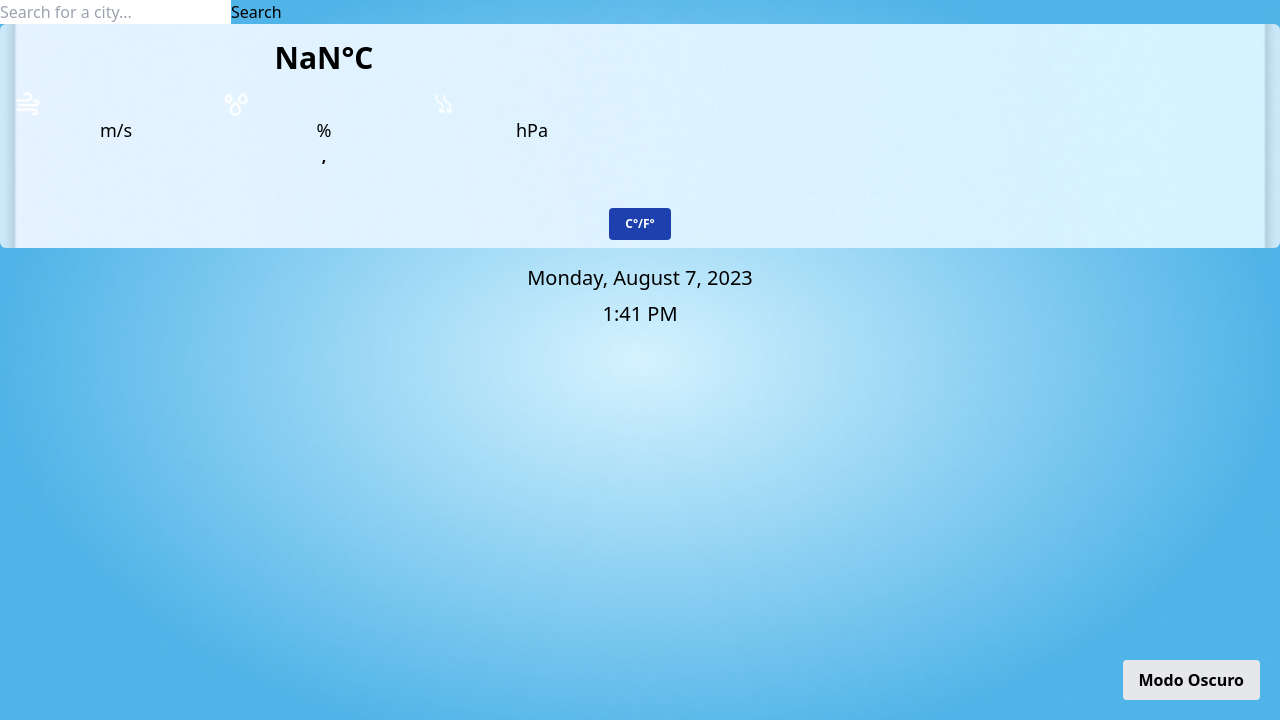
Repository: LukasMoyano/WeatherApp-_-LukasMoyano-_-V-_4.0_6.6.6
Page: /
The author's editor kept a copy of each file at every save. The page is drawn from the files as they stood at one save, then again after the next save.
The browser window is 1280 px wide. The pictures show the whole page.
The page's requests for data from a server got no answer. The project was rebuilt for these pictures with package versions that can differ from the ones it lists, and the page was loaded fresh each time. No one was signed in, and anything a server would have sent is missing. Also part of the build but not shown: vite.config.js.

Above is the page before, as saved 2023-08-07 18:24:03.

### index.html
<!DOCTYPE html>
<html lang="en">
  <head>
    <meta charset="UTF-8" />
    <link rel="icon" type="image/png" href="thor-hammer.png">
    <meta name="viewport" content="width=device-width, initial-scale=1.0" />
    <title>WeatherApp - LukasMoyano-</title>
  </head>
  <body>
    <div id="root"></div>
    <script type="module" src="/src/main.jsx"></script>
  </body>
</html>

### src/main.jsx
import React from 'react'
import ReactDOM from 'react-dom/client'
import App from "/src/App.jsx";

ReactDOM.createRoot(document.getElementById('root')).render(
  <React.StrictMode>
    <App />
  </React.StrictMode>,
)

### src/App.jsx
import React, { useEffect, useState } from "react";
import axios from "axios";
import Weather from "./components/Weather"; // Importa el componente Weather
import "./App.css";
import SearchBar from "./components/SearchBar";

function App() {
  // Estado para almacenar la información del clima
  const [weatherInfo, setWeatherInfo] = useState(null);

  // Estado para el modo oscuro
  const [isDarkMode, setIsDarkMode] = useState(false);

  // Determina la imagen de fondo según el modo
  const backgroundImage = isDarkMode ? "image002_DarkVersion.jpg" : "image001_LightVersion.jpg";

  // Efecto que obtiene la ubicación del usuario al cargar la página
  // Llama a la función success con la posición
  useEffect(() => {
    navigator.geolocation.getCurrentPosition(success);
  }, []);

  // Función que se ejecuta al obtener la posición exitosamente
  const success = (pos) => {

    const lat = pos.coords.latitude;
    const lon = pos.coords.longitude;

    const API_KEY = "f61630c5193995d939b6b8024057b009";

    const url = `https://api.openweathermap.org/data/2.5/weather?lat=${lat}&lon=${lon}&appid=${API_KEY}`;

    // const url = 'https://api.openweathermap.org/data/2.5/weather?id=524901&lang=es&appid={API key}'

    // Realiza una solicitud GET a la API de OpenWeatherMap para obtener información sobre el clima
    axios
      .get(url)
      .then(({ data }) => setWeatherInfo(data))
      .catch((err) => console.log(err));
  };

  // Función para alternar el modo oscuro
  const toggleDarkMode = () => {
    setIsDarkMode(!isDarkMode);
  };

  return (
    // Contenedor principal que ajusta la altura mínima de la pantalla y cambia el tema según el modo oscuro
    <div className={`min-h-screen ${isDarkMode ? "dark" : ""}`}>
      {/* Área principal que contiene el contenido y se ajusta según el modo oscuro */}
      <main
        className={`min-h-screen font-lato relative ${
          isDarkMode ? "bg-black bg-opacity-50 text-white" : "bg-white bg-opacity-70 text-black"
        }`}
        style={{
          // Fondo de la página que cambia según el modo oscuro
          backgroundImage: `url(public/background/${backgroundImage})`,
          backgroundSize: "cover",
          backgroundPosition: "center",
        }}
      >
                <SearchBar />

        {/* Renderiza el componente Weather con los datos del clima y el estado de modo oscuro */}
        <Weather weatherInfo={weatherInfo} isDarkMode={isDarkMode} />

        {/* Botón para alternar entre modo oscuro y modo claro */}
        <button
          onClick={toggleDarkMode}
          className={`absolute bottom-5 right-5 px-4 py-2 font-bold rounded ${
            isDarkMode ? "bg-gray-800 text-white" : "bg-gray-200 text-black"
          }`}
        >
          {/* Texto dinámico del botón según el modo actual */}
          {isDarkMode ? "Modo Claro" : "Modo Oscuro"}
        </button>
      </main>
    </div>
  );

}

export default App; // Exporta el componente App

### src/components/Weather.jsx
import React, { useState } from "react";

const Weather = ({ weatherInfo, isDarkMode }) => {
  const [isCelsius, setIsCelsius] = useState(true);

  const toggleTemperatureUnit = () => {
    setIsCelsius(!isCelsius);
  };

  const convertTemperature = (temperature) => {
    if (isCelsius) {
      return Math.round(temperature - 273.15) + "°C";
    } else {
      return Math.round(((temperature - 273.15) * 9) / 5 + 32) + "°F";
    }
  };

  const getCurrentDateTime = () => {
    const currentDate = new Date();
    const options = {
      weekday: "long",
      day: "numeric",
      month: "long",
      year: "numeric",
    };
    const date = currentDate.toLocaleDateString(undefined, options);
    const time = currentDate.toLocaleTimeString(undefined, {
      hour: "numeric",
      minute: "numeric",
    });
    return { date, time };
  };

  const { date, time } = getCurrentDateTime();

  return (
<main>
<section
      className={`${
        isDarkMode
          ? "bg-black bg-opacity-50 text-white"
          : "bg-white bg-opacity-70 text-black"
      } p-2 rounded-md bg-cover bg-center`}
      style={{
        backgroundImage: `url(${
          isDarkMode
            ? "public/background/card_image002_Dark version.png"
            : "public/background/card_image001_LightVersion.png"
        })`,
      }}
    >
      <section className="flex">
        {/* Columna Izquierda */}
        <div className="w-1/2 p-2 text-center">
          {/* Temperatura Actual */}
          <div className={`text-3xl font-bold font-lato ${
            isDarkMode ? "text-white" : "text-black"
          }`}>
            {convertTemperature(weatherInfo?.main.temp)}
          </div>
          {/* Detalles del Clima */}
          <div className="grid grid-cols-3 gap-2 mt-4">
            <div className="text-lg">
              <img src="./images/wind.png" alt="Wind Icon" className="w-6 h-6" />
              {weatherInfo?.wind.speed} m/s
            </div>
            <div className="text-lg">
              <img src="./images/humidity.png" alt="Humidity Icon" className="w-6 h-6" />
              {weatherInfo?.main.humidity}%
            </div>
            <div className="text-lg">
              <img src="./images/pressure.png" alt="Pressure Icon" className="w-6 h-6" />
              {weatherInfo?.main.pressure} hPa
            </div>
          </div>
          {/* Nombre de la Ciudad */}{/* País */}
          <h2 className="text-1xl font-bold mb-4">{weatherInfo?.name}, {weatherInfo?.sys?.country}</h2>

        </div>

        {/* Columna Derecha */}
        <div className="w-1/2 p-2 text-center">
          {/* Icono del Clima */}
          {weatherInfo?.weather[0].icon && (
            <img src={`https://openweathermap.org/img/wn/${weatherInfo?.weather[0].icon}@4x.png`} alt="Weather Icon" className="mx-auto h-24" />
          )}
          <h3 className="text-base mt-4 mb-2">
            {weatherInfo?.weather[0].description}
          </h3>
        </div>
      </section>

      {/* Botón para Alternar entre Celsius y Fahrenheit */}
      <section className="flex items-center justify-center mt-4">
        <button
          onClick={toggleTemperatureUnit}
          className={`bg-blue-800 hover:bg-blue-700 text-white font-bold py-2 px-4 rounded mx-auto block text-xs ${
            isDarkMode ? "bg-opacity-70" : "bg-opacity-100"
          }`}
        >
          C°/F°
        </button>
      </section>
    </section>
          {/* Mostrar la Fecha y Hora */}
          <section className="text-center mt-4">
          <p className={`text-xl mb-2 ${isDarkMode ? "text-white" : "text-black"}`}>
            {date}
          </p>
          <p className={`text-xl ${isDarkMode ? "text-white" : "text-black"}`}>
            {time}
          </p>
        </section>
</main>
  );
};

export default Weather;

### src/App.css
@import 'tailwindcss/base';
@import 'tailwindcss/components';
@import 'tailwindcss/utilities';

### src/components/SearchBar.jsx
import axios from "axios";
import React, { useState, useEffect } from "react";


const success = (pos) => {

    const lat = pos.coords.latitude;
    const lon = pos.coords.longitude;

    const API_KEY = "f61630c5193995d939b6b8024057b009";

    const url = `https://api.openweathermap.org/data/2.5/weather?lat=${lat}&lon=${lon}&appid=${API_KEY}`;


    // Realiza una solicitud GET a la API de OpenWeatherMap para obtener información sobre el clima
    axios
      .get(url)
      .then(({ data }) => setWeatherInfo(data))
      .catch((err) => console.log(err));
  };

const SearchBar = ({ onSearch }) => {
  const [city, setCity] = useState("");
  const [suggestedCities, setSuggestedCities] = useState([]);
  const [isFetching, setIsFetching] = useState(false);

  const handleCityChange = (event) => {
    const value = event.target.value;
    setCity(value);
    if (value) {
      fetchSuggestedCities(value);
    } else {
      setSuggestedCities([]);
    }
  };

  const fetchSuggestedCities = async (query) => {
    setIsFetching(true);
    try {
      const response = await fetch(
        `https://api.openweathermap.org/data/2.5/find?q=${query}&type=like&cnt=5&appid=${API_KEY}`
      );
      const data = await response.json();
      setSuggestedCities(data.list);
    } catch (error) {
      console.error("Error fetching suggested cities:", error);
    } finally {
      setIsFetching(false);
    }
  };

  const handleSuggestionClick = (suggestion) => {
    setCity(suggestion.name);
    setSuggestedCities([]);
  };

  const handleSearch = () => {
    if (city.trim() !== "") {
      onSearch(city);
      setCity("");
      setSuggestedCities([]);
    }
  };

  useEffect(() => {
    const handleKeyPress = (event) => {
      if (event.key === "Enter") {
        handleSearch();
      }
    };
    window.addEventListener("keydown", handleKeyPress);
    return () => {
      window.removeEventListener("keydown", handleKeyPress);
    };
  }, [city]);

  return (
    <main>
      <label>
        <input
          type="text"
          value={city}
          placeholder="Search for a city..."
          onChange={handleCityChange}
        />
        {suggestedCities.length > 0 && (
          <ul className="suggestions">
            {suggestedCities.map((suggestion) => (
              <li
                key={suggestion.id}
                onClick={() => handleSuggestionClick(suggestion)}
              >
                {suggestion.name}, {suggestion.sys.country}
              </li>
            ))}
          </ul>
        )}
        <button onClick={handleSearch} disabled={isFetching}>
          Search
        </button>
      </label>
    </main>
  );
};

export default SearchBar;

### tailwind.config.js
/** @type {import('tailwindcss').Config} */
export default {
  content: [
    "./index.html",
    "./src/**/*.{js,ts,jsx,tsx}",
  ],
  theme: {
    extend: {},
    fontFamily: {
      Lato: ["Lato", "Sans-Serif"]
    }
  },
  plugins: [],

}

After the next save:
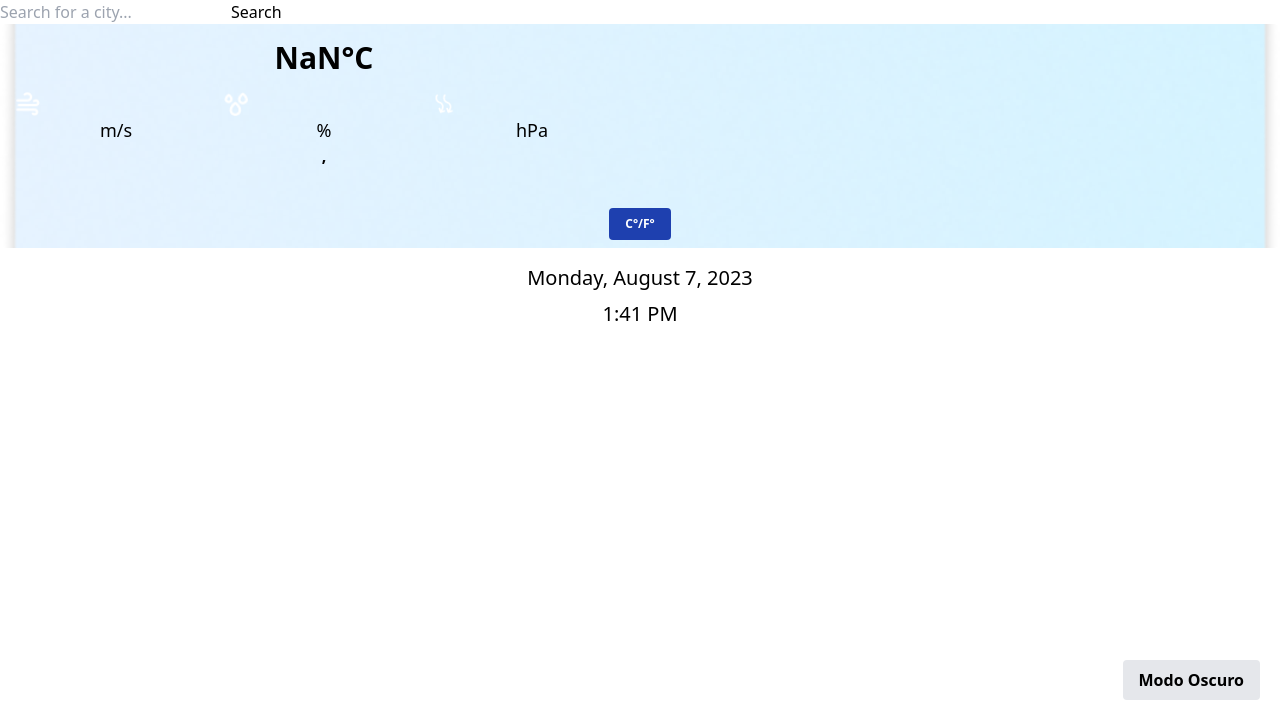
Not found: public/background/ibackground/image001_LightVersion.jpg
Saved 3 min 49 s later.
--- a/src/App.jsx
+++ b/src/App.jsx
@@ -12,7 +12,7 @@ function App() {
   const [isDarkMode, setIsDarkMode] = useState(false);
 
   // Determina la imagen de fondo según el modo
-  const backgroundImage = isDarkMode ? "image002_DarkVersion.jpg" : "image001_LightVersion.jpg";
+  const backgroundImage = isDarkMode ? "ibackground/image001_LightVersion.jpg" : "ibackground/image001_LightVersion.jpg";
 
   // Efecto que obtiene la ubicación del usuario al cargar la página
   // Llama a la función success con la posición
